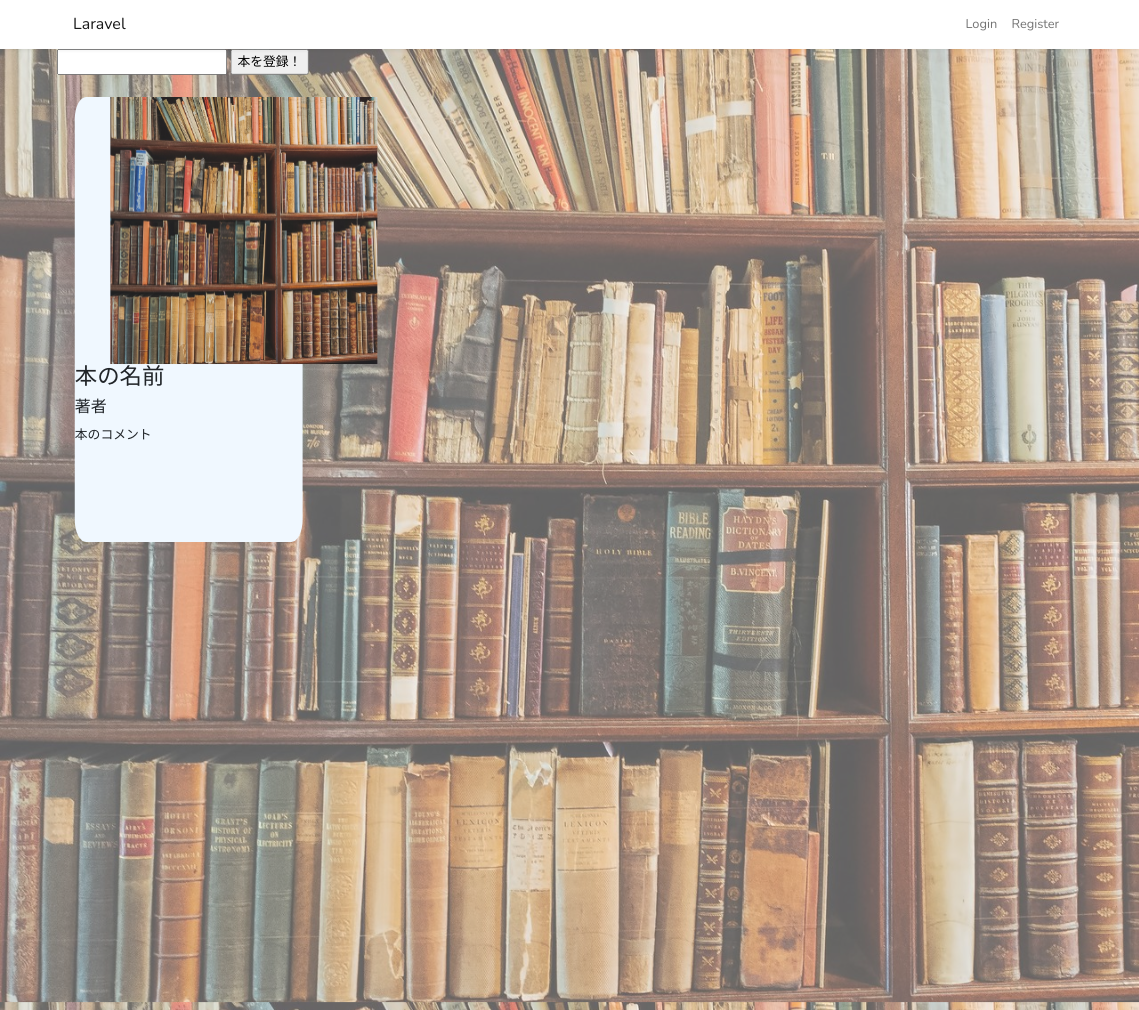
Repository: yamamotoryota1998/Bookreminder
Page: http://localhost/
An editor plug-in stored every save of this project. The page is shown before and after the next save, followed by the edit.
The browser window is 1280 px wide. The pictures show the whole page, at 89% of full size.
The page is served by the project's Laravel application, run on PHP 8.4 with Laravel 9. Other server files are loaded and not shown. Style sheets and scripts are compiled from the project's sources, by tool versions that may differ from the author's.

Above is the page before, as saved 2023-04-07 17:13:32.

### routes/web.php
<?php

use Illuminate\Support\Facades\Route;

/*
|--------------------------------------------------------------------------
| Web Routes
|--------------------------------------------------------------------------
|
| Here is where you can register web routes for your application. These
| routes are loaded by the RouteServiceProvider within a group which
| contains the "web" middleware group. Now create something great!
|
*/

Route::get('/', function () {
    return view('/home');
});

Auth::routes();

Route::get('/home', [App\Http\Controllers\HomeController::class, 'index'])->name('home');

### resources/views/home.blade.php
@extends('layouts.app')

@section('content')
<div class="wrapper-all" >
    <div class="wrapper-contents">
        <form action="result" method="post" class="find-form">
        @csrf
        <input type="text" name="book" size="20"/>
        <input type="submit" value="本を登録！"/>
        </form>
        <div class="contents">
            <img src="/public/img/本棚.jpg" class="book-img">
            <h3 class="book-name">本の名前</h3>
            <h5 class="book-artist">著者</h5>
            <p class="book-comment">本のコメント</p>
        </div>
    </div>
</div>
@endsection

### resources/views/layouts/app.blade.php
<!doctype html>
<html lang="{{ str_replace('_', '-', app()->getLocale()) }}">
<head>
    <meta charset="utf-8">
    <meta name="viewport" content="width=device-width, initial-scale=1">

    <!-- CSRF Token -->
    <meta name="csrf-token" content="{{ csrf_token() }}">

    <title>{{ config('app.name', 'Laravel') }}</title>

    <!-- Fonts -->
    <link rel="dns-prefetch" href="//fonts.gstatic.com">
    <link href="https://fonts.bunny.net/css?family=Nunito" rel="stylesheet">
    <link href="{{asset('/style.css')}}" rel="stylesheet">
    <!-- Scripts -->
    @vite(['resources/sass/app.scss', 'resources/js/app.js'])
</head>
<body>
    <div id="app">
        <nav class="navbar navbar-expand-md navbar-light bg-white shadow-sm">
            <div class="container">
                <a class="navbar-brand" href="{{ url('/') }}">
                    {{ config('app.name', 'Laravel') }}
                </a>
                <button class="navbar-toggler" type="button" data-bs-toggle="collapse" data-bs-target="#navbarSupportedContent" aria-controls="navbarSupportedContent" aria-expanded="false" aria-label="{{ __('Toggle navigation') }}">
                    <span class="navbar-toggler-icon"></span>
                </button>

                <div class="collapse navbar-collapse" id="navbarSupportedContent">
                    <!-- Left Side Of Navbar -->
                    <ul class="navbar-nav me-auto">

                    </ul>

                    <!-- Right Side Of Navbar -->
                    <ul class="navbar-nav ms-auto">
                        <!-- Authentication Links -->
                        @guest
                            @if (Route::has('login'))
                                <li class="nav-item">
                                    <a class="nav-link" href="{{ route('login') }}">{{ __('Login') }}</a>
                                </li>
                            @endif

                            @if (Route::has('register'))
                                <li class="nav-item">
                                    <a class="nav-link" href="{{ route('register') }}">{{ __('Register') }}</a>
                                </li>
                            @endif
                        @else
                            <li class="nav-item dropdown">
                                <a id="navbarDropdown" class="nav-link dropdown-toggle" href="#" role="button" data-bs-toggle="dropdown" aria-haspopup="true" aria-expanded="false" v-pre>
                                    {{ Auth::user()->name }}
                                </a>

                                <div class="dropdown-menu dropdown-menu-end" aria-labelledby="navbarDropdown">
                                    <a class="dropdown-item" href="{{ route('logout') }}"
                                       onclick="event.preventDefault();
                                                     document.getElementById('logout-form').submit();">
                                        {{ __('Logout') }}
                                    </a>

                                    <form id="logout-form" action="{{ route('logout') }}" method="POST" class="d-none">
                                        @csrf
                                    </form>
                                </div>
                            </li>
                        @endguest
                    </ul>
                </div>
            </div>
        </nav>
            @yield('content')
        </main>
    </div>
</body>
</html>

### public/style.css

.wrapper-all{
    width: 100%;
    height: 100%;
    background-image: url(img/本棚.jpg);
    background-color:rgba(255,255,255,0.3);
    background-blend-mode:lighten;
}
.wrapper-contents{
    width: 90%;
    height: 1080px;
    margin-left: auto;
    margin-right: auto;
    /* background-color: aqua; */
}
.contents{
    margin-top: 25px;
    margin-left: 20px;
    margin-right: 20px;
    width: 20%;
    height: 500px ;
    position:absolute;
    background-color: aliceblue;
    border-radius: 5%;
}
.book-img{
    width: 300px;
    height: 300px;
    position: relative;
    left: 40px;
}

Loaded but not shown: app/Http/Controllers/Auth/ConfirmPasswordController.php (common file); app/Http/Controllers/Controller.php (common file); resources/sass/app.scss (common file); resources/sass/_variables.scss (common file)

After the next save:
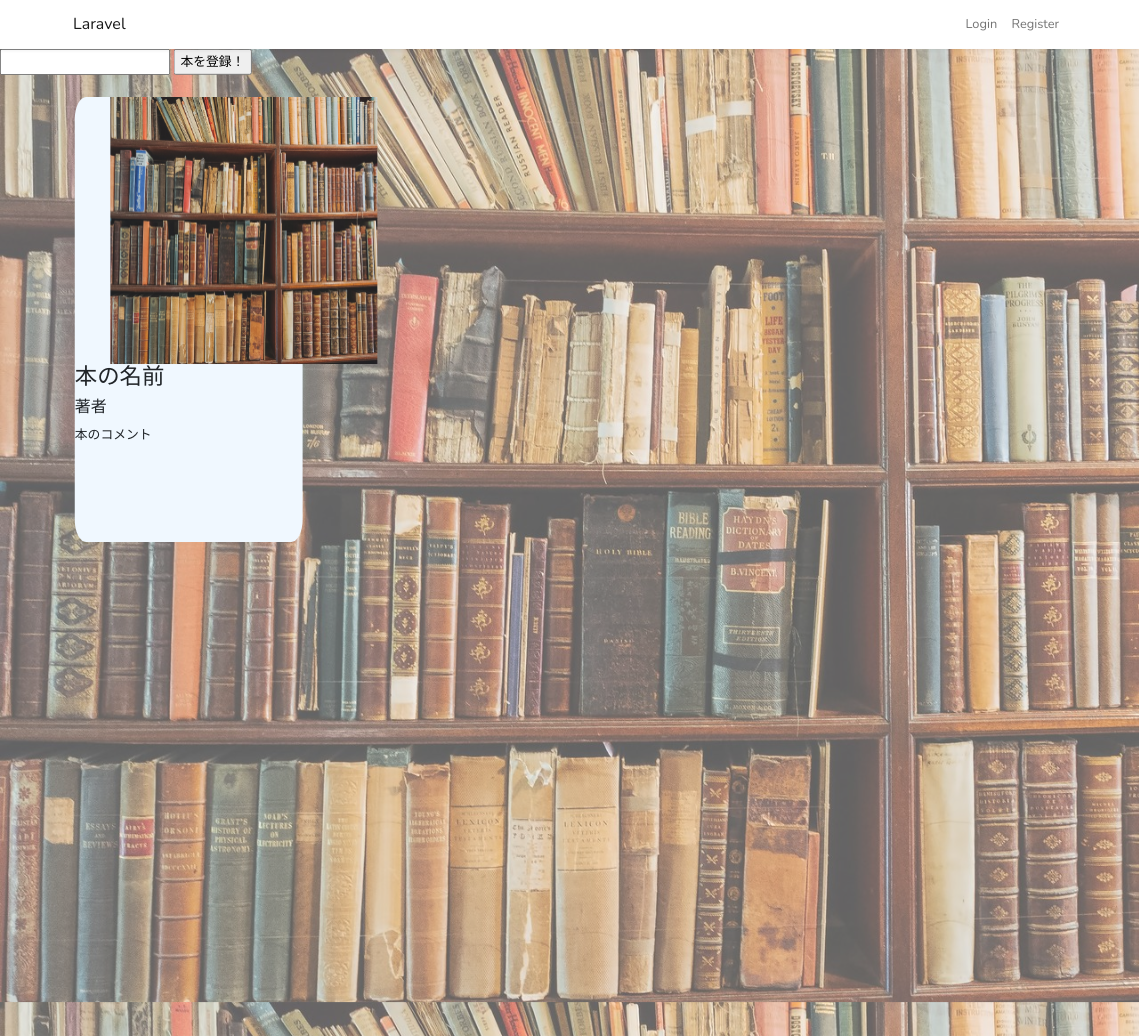
Saved 84 s later.
--- a/resources/views/home.blade.php
+++ b/resources/views/home.blade.php
@@ -2,12 +2,12 @@
 
 @section('content')
 <div class="wrapper-all" >
-    <div class="wrapper-contents">
-        <form action="result" method="post" class="find-form">
+<form action="result" method="post" class="find-form">
         @csrf
         <input type="text" name="book" size="20"/>
         <input type="submit" value="本を登録！"/>
         </form>
+    <div class="wrapper-contents">
         <div class="contents">
             <img src="/public/img/本棚.jpg" class="book-img">
             <h3 class="book-name">本の名前</h3>
